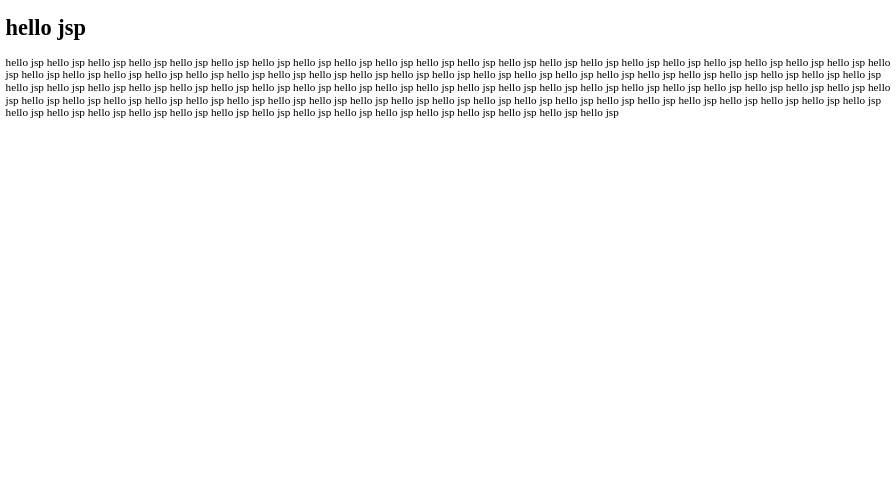
Repository: jupiter002/jsp-tutorial
Page: http://localhost/jsp01/hello.jsp
The author's editor kept a copy of each file at every save. The page is drawn from the files as they stood at one save, then again after the next save.
The browser window is 1280 px wide. The pictures show the whole page, at 70% of full size.
The page is served by Tomcat 9.

Above is the page before, as saved 2023-06-02 01:09:38.

### jsp01/src/main/webapp/hello.jsp
<%@ page language="java" contentType="text/html; charset=UTF-8"
    pageEncoding="UTF-8"%>
<!DOCTYPE html>
<html>
<head>
<meta charset="UTF-8">
<title>Insert title here</title>
</head>
<body>
	<h1>hello jsp</h1>

	<%
		out.println("hello jsp");
		for(int i=0; i<100; i++){
			out.println("hello jsp");
		}

	%>




</body>
</html>

After the next save:
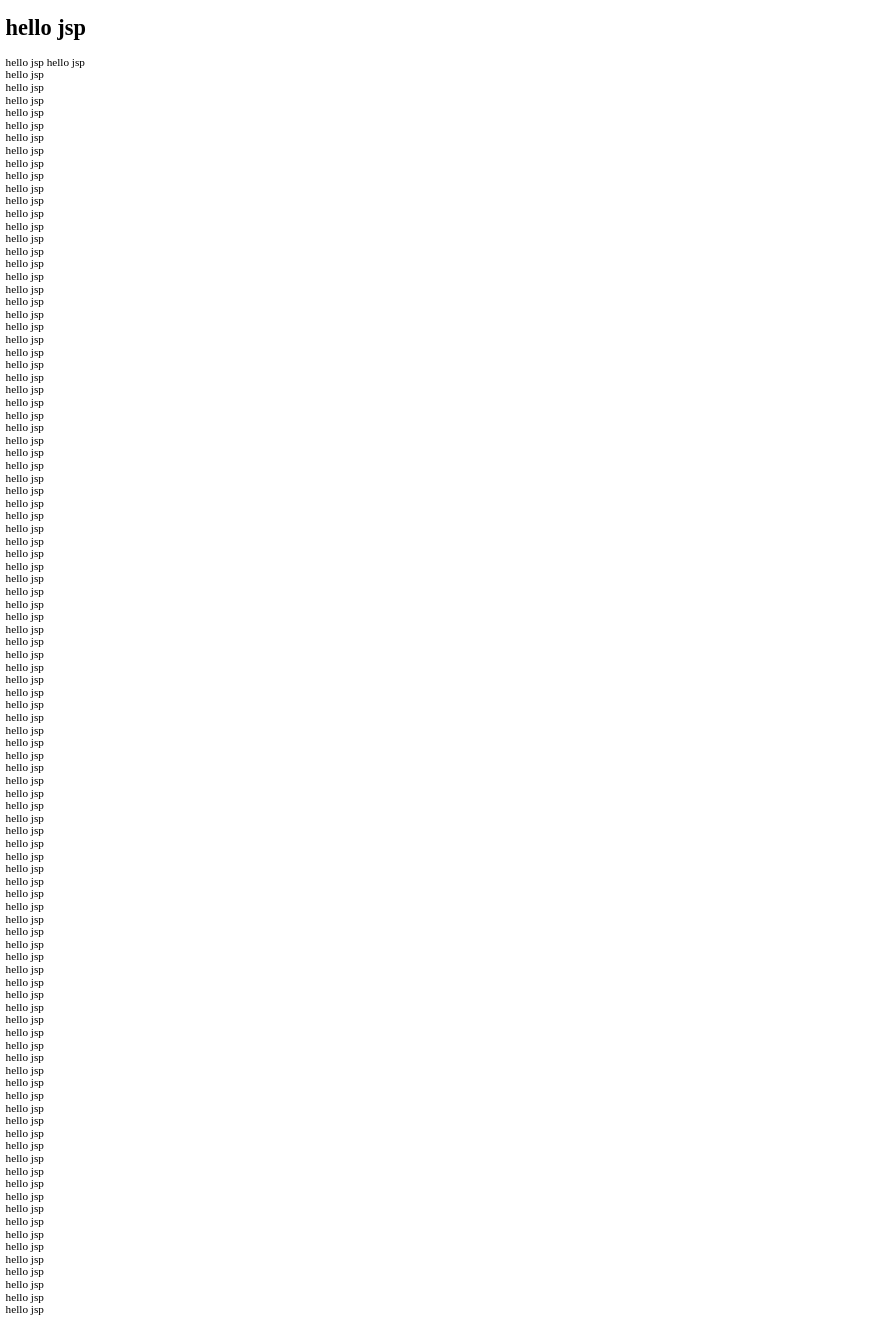
Saved 26 s later.
--- a/jsp01/src/main/webapp/hello.jsp
+++ b/jsp01/src/main/webapp/hello.jsp
@@ -12,7 +12,7 @@
 	<%
 		out.println("hello jsp");
 		for(int i=0; i<100; i++){
-			out.println("hello jsp");
+			out.println("hello jsp <br/>");
 		}
 
 	%>
